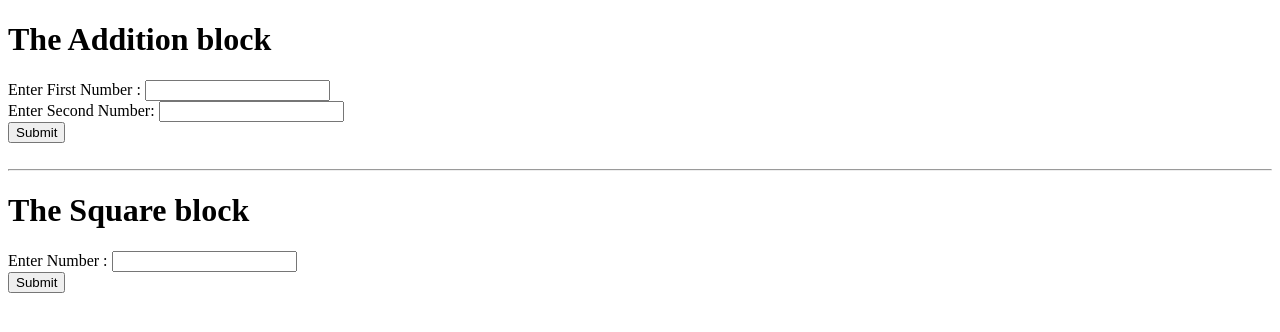
Repository: kunalquantum/jsp2
Page: demoApp/src/main/webapp/index2.html
An editor plug-in stored every save of this project. The page is shown before and after the next save, followed by the edit.
The browser window is 1280 px wide. The pictures show the whole page.

Above is the page before, as saved 2024-06-12 05:41:43.

### demoApp/src/main/webapp/index2.html
<!DOCTYPE html>
<html>
<head>
<meta charset="UTF-8">
<title>Form page</title>
</head>
<body>

<h1>The Addition block</h1>
<form action ="add" method="Get">

Enter First Number : <input type="text" name="num1"><br>
Enter Second Number: <input type="text" name="num2"><br>
<input type="submit"><br>

</form>
<br>
<hr>
<h1>The Square block</h1>
<form action ="square" method="Get">

Enter  Number : <input type="text" name="num1"><br>

<input type="submit"><br>

</form>



</body>
</html>

After the next save:
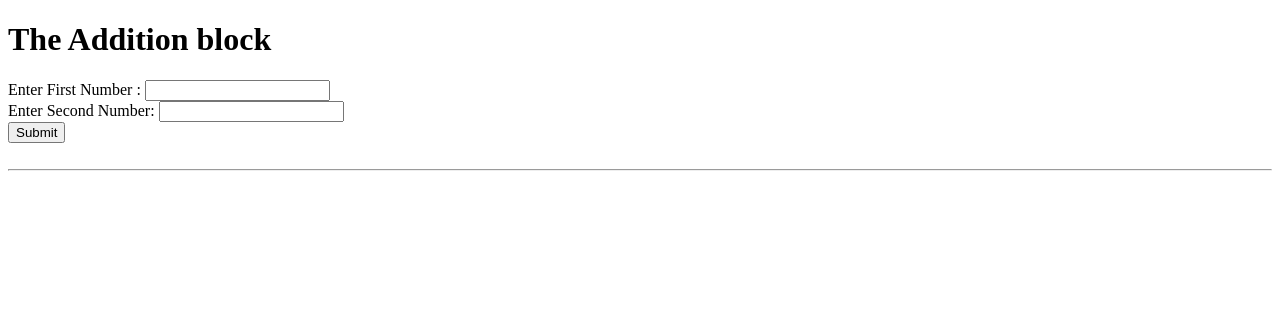
Saved 43 s later.
--- a/demoApp/src/main/webapp/index2.html
+++ b/demoApp/src/main/webapp/index2.html
@@ -16,14 +16,7 @@ Enter Second Number: <input type="text" name="num2"><br>
 </form>
 <br>
 <hr>
-<h1>The Square block</h1>
-<form action ="square" method="Get">
 
-Enter  Number : <input type="text" name="num1"><br>
-
-<input type="submit"><br>
-
-</form>
 
 
 
